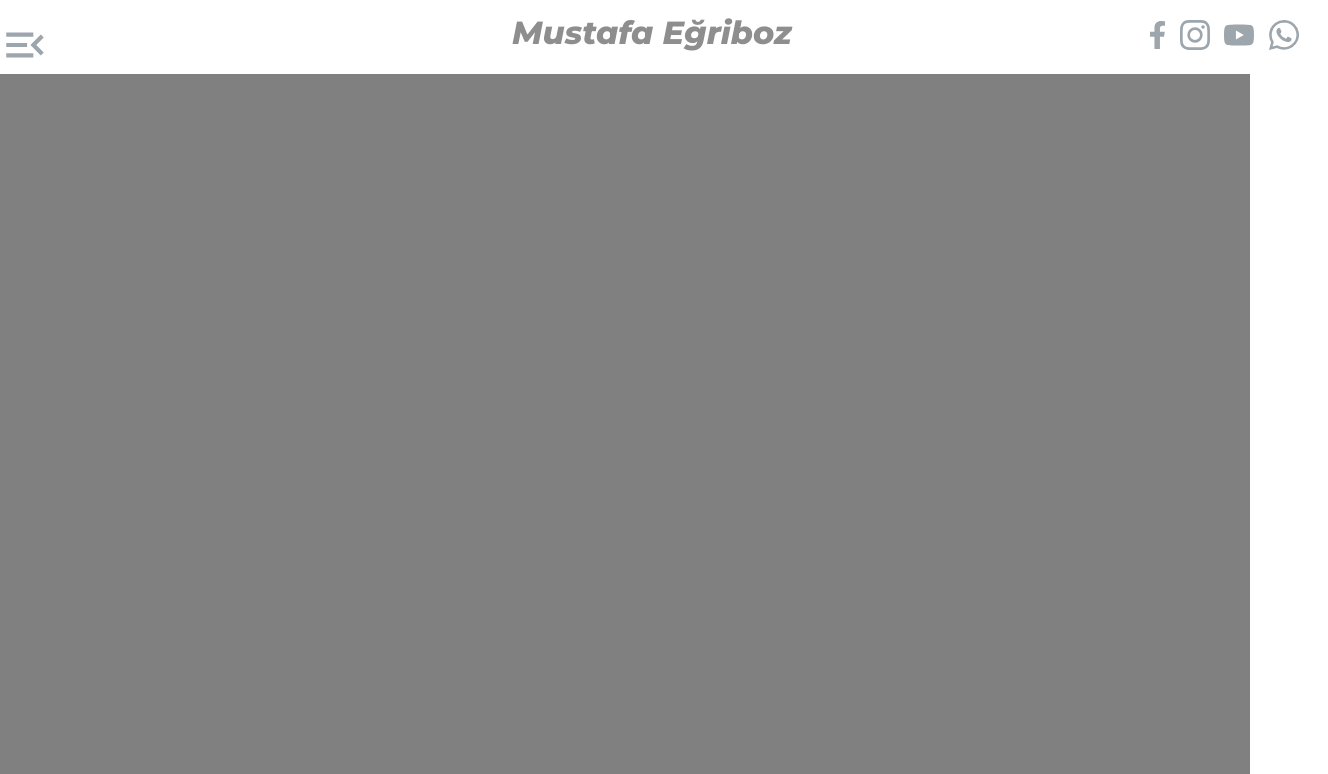
Repository: CengoCengo/m.e-gallery-web-site
Page: index.html
An editor plug-in stored every save of this project. The page is shown before and after the next save, followed by the edit.
The browser window is 1280 px wide. The page is 1299 px wide, then 1328 px, so the pictures cover 1328 px, including what lies to the right of the window. The pictures show the whole page.

Above is the page before, as saved 2021-02-06 15:08:10.
Console error: TypeError: Cannot read properties of null (reading 'style')

### index.html
<!DOCTYPE html>
<html lang="en">
  <head>
    <meta charset="UTF-8" />
    <meta name="viewport" content="width=device-width, initial-scale=1.0" />
    <link rel="stylesheet" href="styles/style.css" />
    <link rel="preconnect" href="https://fonts.gstatic.com" />
    <link
      href="https://fonts.googleapis.com/css2?family=Montserrat:ital,wght@1,800&display=swap"
      rel="stylesheet"
    />

    <title>Mustafa Eğriboz</title>
  </head>
  <body>
    <!-- Navigator -->
    <div class="menu-container">
      <img
        id="icon-menu"
        src="images/icon/menu_open-black-18dp.svg"
        alt="icon-menu"
        width="50"
      />
      <h1>Mustafa Eğriboz</h1>

      <div class="social-media-container icon-social">
        <a class="icon-social" href=""
          ><img alt="Qries" src="images/icon/facebook-f-brands.svg" width=15"
          height="70"></a
        >

        <a class="icon-social" href=""
          ><img alt="Qries" src="images/icon/instagram-brands.svg" width=30"
          height="70"></a
        >

        <a class="icon-social"  href=""
          ><img alt="Qries" src="images/icon/youtube-brands.svg" width=30"
          height="70"></a
        >

        <a class="icon-social" href=""
          ><img alt="Qries" src="images/icon/whatsapp-brands.svg" width=30"
          height="70"></a
        >
      </div>
    </div>

    <!-- Slider -->

    <div class="slider-container">
      <div class="slider"></div>
    </div>

    <script type="text/javascript" src="js/script.js"></script>
  </body>
</html>

### styles/style.css
*{
    margin: 0;
    padding: 0;
    font-family:  'Montserrat', sans-serif;
    font-weight: 100;


}

.main-container{
    width: 100%;
}

.menu-container{
    display: inline-block;
    position: relative;
    width: 100%;
    height: auto;



}

#icon-menu img{
    display: inline-block;
    width: 100px;

}

.menu-container h1{
    display: inline-block;
    position: absolute;
    margin-top: 1%;
    left: 40%;
    width: 300px;
    color:#8e8e8e;

}

.social-media-container{
    display: inline;
    position: relative;
    width: 100%;
    left: 84%;



}

.icon-social{
    margin-left: 10px;
}




.slider{
    background-color: grey;
    width: 1250px;
    height: 700px;

}

### js/script.js
var x = document.querySelector("p");
x.style.backgroundColor = "red";

After the next save:
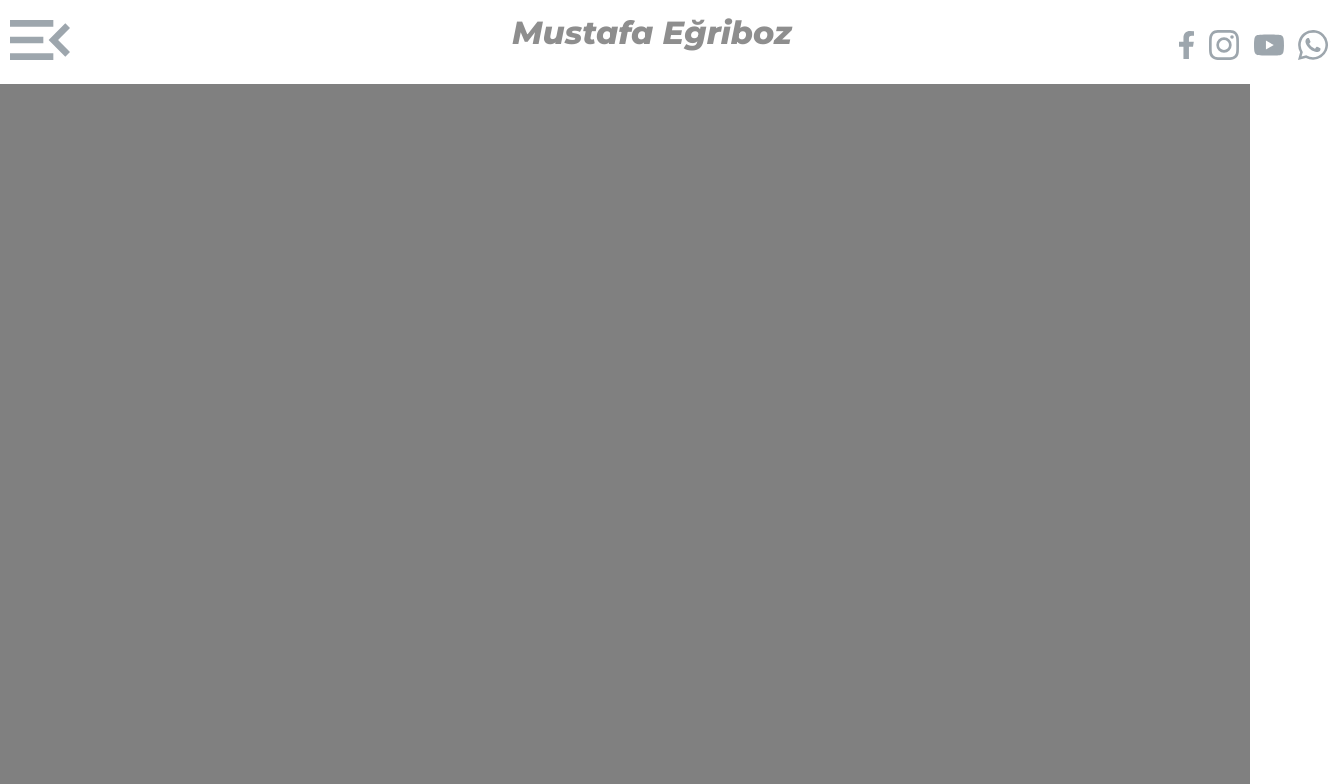
Saved 19 s later.
--- a/index.html
+++ b/index.html
@@ -19,7 +19,7 @@
         id="icon-menu"
         src="images/icon/menu_open-black-18dp.svg"
         alt="icon-menu"
-        width="50"
+
       />
       <h1>Mustafa Eğriboz</h1>
 
